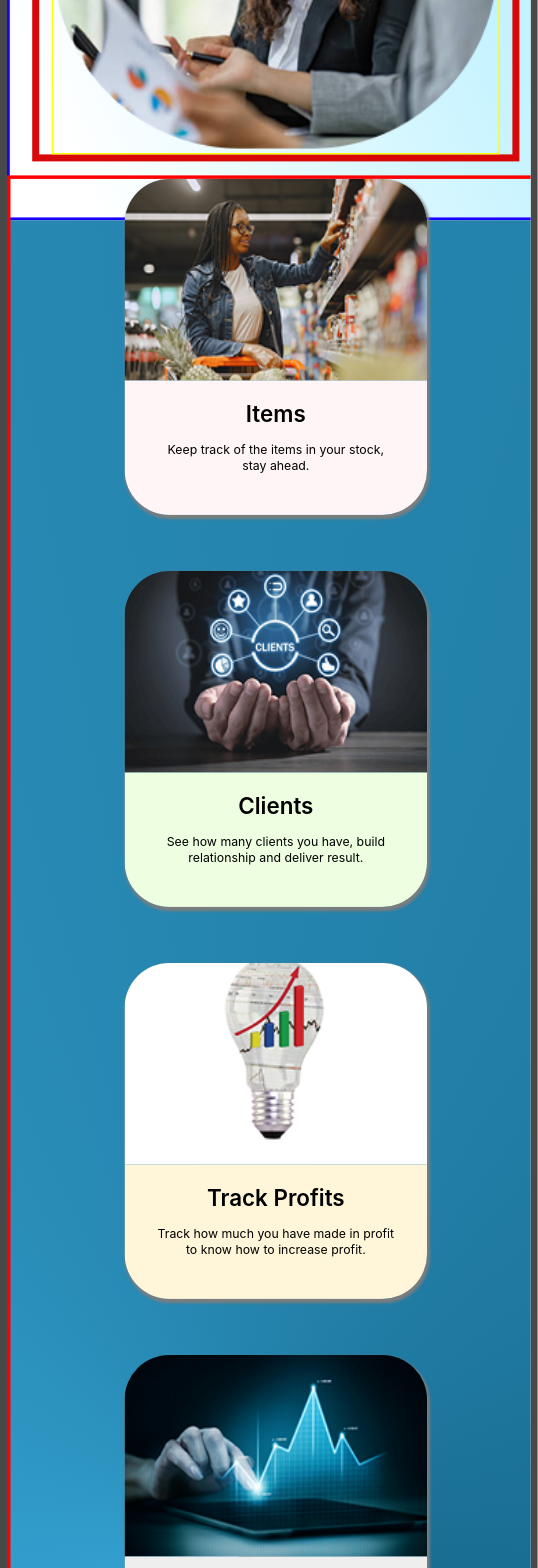
Repository: dark-txch/Bizpadi
Page: /
An editor plug-in stored every save of this project. The page is shown before and after a run of saves, followed by the edit.
The browser window is 768 px wide. The pictures show the part of the page from y = 932 to 3172 px (the page is 3586 px tall), at 70% of full size.
The project was rebuilt for these pictures with package versions that can differ from the ones it lists, and the page was loaded fresh each time. Also part of the build but not shown: vite.config.js, src/components/ErrorBoundary.jsx, src/components/LandingPage/PricingPage/Pricing.jsx, src/components/LandingPage/LogInPage/LogIn.jsx.

Above is the page before, as saved 2025-04-09 20:14:31.

### index.html
<!DOCTYPE html>
<html lang="en">
	<head>
		<meta charset="UTF-8" />
		<link rel="icon" type="image/svg+xml" href="/public/logo.svg" />
		<meta name="viewport" content="width=device-width, initial-scale=1.0" />
		<title>Bizpadi</title>
	</head>
	<body>
		<div id="root"></div>
		<script type="module" src="/src/main.jsx"></script>
	</body>
</html>

### src/index.css
:root {
	font-family: system-ui, Avenir, Helvetica, Arial, sans-serif;
	line-height: 1.5;
	font-weight: 400;
	font-size: 16px;

	color-scheme: light dark;
	color: black;
	background-color: white;

	font-synthesis: none;
	text-rendering: optimizeLegibility;
	-webkit-font-smoothing: antialiased;
	-moz-osx-font-smoothing: grayscale;
}

* {
	box-sizing: border-box;
	padding: 0;
	margin: 0;
	outline: none;
	border: none;
}

body {
	height: 100vh;
	width: 100vw;

	font-family: "inter", sans-serif;
}

a {
	text-decoration: none;
}

@font-face {
	font-family: "MyCustomFont";
	src: url("/fonts/Inter/Inter-Italic-VariableFont_opsz,wght.ttf")
			format("truetype"),
		url("/fonts/Inter/Inter-VariableFont_opsz,wght.ttf") format("truetype");
	font-weight: normal;
	font-style: normal;
}

### src/App.jsx
import "./components/LandingPage/LandingPage.css";
import { BrowserRouter as Router, Routes, Route } from "react-router-dom";
import ErrorBoundary from "./components/ErrorBoundary";
// Upper imports are very important
import Nav from "./components/LandingPage/Nav";
import PricingPage from "./components/LandingPage/PricingPage/Pricing";
import LogInPage from "./components/LandingPage/LogInPage/LogIn";
import MidSection from "./components/LandingPage/MidSection";
import Footer from "./components/LandingPage/Footer";

function LandingPage() {
	return (
		<>
			<div className="landingPageContainer">
				<Nav />
				<MidSection />
				<Footer />
			</div>
		</>
	);
}

function App() {
	return (
		<Router>
			<Routes>
				<Route path="/" element={<LandingPage />} />
				<Route path="/pricing" element={<PricingPage />} />
				<Route path="/login" element={<LogInPage />} />
			</Routes>
		</Router>
	);
}

export default App;

### src/components/LandingPage/LandingPage.css
/* DESKTOP WORKFLOW ------------------------------------------------- */
/* ------------------------------------------------------------------------------- */
/* THIS IS THE LANDING PAGE CONTAINER */
.landingPageContainer {
	width: 100vw;
	min-height: 100vh;
	overflow: hidden;
	font-family: "Inter", sans-serif;
	display: grid;
	grid-template-rows: 3.5rem 1fr 15rem;

	border: 10px solid rgb(73, 73, 73);
}
/* -------------------------------------------------------------------------------------------- */
/* MEDIA QUERY FOR MOBILE PHONES -------------------------------------- */
@media (max-width: 850px) {
	/* MAIN CONTAINER */
	.landingPageContainer {
		width: 100%;
		height: auto;
		grid-template-rows: 3.5rem 1fr;
	}
}

### src/components/LandingPage/Nav.jsx
import { Link } from "react-router-dom";
import "./Nav.css";

export default function Nav() {
	return (
		<>
			<nav className="homepage-nav">
				{/* LOGO CONTAINER */}
				<div className="logo">
					<img src="/assets/icons/logo.svg" alt="Bizpadi icon" />
				</div>

				{/* PRICING AND CONTACT US CONTAINER */}
				<div className="pricingContact">
					<Link to="/pricing">Pricing</Link>
					<a href="#">Contact Us</a>
				</div>

				{/* LOGIN AND GET STARTED CONTAINER*/}
				<div className="loginGetStarted">
					<img src="/assets/icons/world.png" alt="world" />
					<Link to="/login">Login</Link>
					<a href="#">Get Started</a>
				</div>
			</nav>
		</>
	);
}

### src/components/LandingPage/MidSection.jsx
import "./MidSection.css";

export default function MidSection() {
	return (
		// PARENT CONTAINER
		<div className="midSection">
			{/* SECTION HOUSING THE HEADING AND PARAGRAPH */}
			<section className="sectionMotto">
				<div className="headingParagraph">
					<h1>
						Your financial <span>clarity</span> is a top <span>priority</span>.
					</h1>
					<p>“Streamlining your finances, simplifying your success”</p>
				</div>
			</section>

			{/* This is the images section in the mid section */}
			<section className="sectionImagesParent">
				<div className="ImageChildrenWrapper">
					<img src="/assets/images/smiley.png" alt="smiley" />
					<img src="/assets/images/Vector-black.png" alt="vector-black" />
					<img src="/assets/images/Vector-blue.png" alt="vector-blue" />
					<img src="/assets/images/Vector-orange.png" alt="vector-orange" />
					<img src="/assets/images/Vector.png" alt="vector" />
				</div>
			</section>
		</div>
	);
}

### src/components/LandingPage/Footer.jsx
import "./Footer.css";

export default function Footer() {
	return (
		<div className="footer">
			{/* The section container is the parent to the features */}
			<section className="footerFeaturesParent">
				{/* 2TH CONTAINER */}
				<div className="singleFeatureContainer ">
					<div className="featureImageContainer">
						<img src="/public/assets/images/client-1.png" alt="client-1" />
					</div>
					<div className="items">
						<h1>Items</h1>
						<p>Keep track of the items in your stock, stay ahead.</p>
					</div>
				</div>

				{/* 2TH CONTAINER */}
				<div className="singleFeatureContainer ">
					<div className="featureImageContainer">
						<img src="/public/assets/images/client-2.png" alt="client-2" />
					</div>
					<div className="clients">
						<h1>Clients</h1>
						<p>
							See how many clients you have, build relationship and deliver
							result.
						</p>
					</div>
				</div>

				{/* 3TH CONTAINER */}
				<div className="singleFeatureContainer ">
					<div className="featureImageContainer">
						<img
							src="/public/assets/images/track-profit.png"
							alt="track-profit"
						/>
					</div>
					<div className="trackProfits">
						<h1>Track Profits</h1>
						<p>
							Track how much you have made in profit to know how to increase
							profit.
						</p>
					</div>
				</div>

				{/* 4TH CONTAINER */}
				<div className="singleFeatureContainer">
					<div className="featureImageContainer">
						<img
							src="/public/assets/images/track-sales.png"
							alt="track-sales"
						/>
					</div>
					<div className=" trackSales">
						<h1>Track Sales</h1>
						<p>Track how much sales you have made.</p>
					</div>
				</div>
			</section>
		</div>
	);
}

### src/components/LandingPage/Nav.css
/* ------------------------------------------------------------------------------------ */
/*  THIS IS THE NAV COMPONENT CSS -----------------------------------------*/
.homepage-nav {
	/* height: 3.5rem; */
	display: flex;
	padding: 0 3rem 0;
	font-size: 1.3rem;
	align-items: center;
	justify-content: space-between;
	border-bottom: 2px solid #e1dfdf;
}

/*  NAV CONTAINER CHILDREN */
.homepage-nav .logo {
	/* LOGO CONTAINER */
	display: flex;
	flex: 1;
	align-self: center;
	height: inherit;
}

.homepage-nav .logo img {
	/*  LOGO IMG */
	height: 100%;
	width: auto;
}

.homepage-nav .pricingContact {
	/* PRICING AND CONTACT US CONTAINER */
	display: flex;
	flex: 3;
	justify-content: center;
	gap: 3rem;
	font-weight: 500;
	line-height: 100%;
	letter-spacing: 0%;
}

.homepage-nav .pricingContact a {
	color: black;
	cursor: pointer;
}

.homepage-nav .pricingContact a:hover {
	color: #09adda;
}

.homepage-nav .loginGetStarted {
	/* LOGIN AND GET STARTED CONTAINER*/
	height: 3rem;
	display: flex;
	flex: 1;
	justify-content: end;
	align-items: center;
	gap: 0.7rem;
	color: white;
	border-radius: 12px;
}

.homepage-nav .loginGetStarted img {
	/* LOGIN AND GET STARTED IMAGE */
	height: 1.5rem;
	transform: translate(1rem, 0);
}

.homepage-nav .loginGetStarted a:nth-of-type(1) {
	/* LOGIN BUTTON */
	background-color: #09adda;
	color: inherit;
	height: inherit;
	border-radius: inherit;
	display: flex;
	align-items: center;
	padding: 0 2rem 0 0.7rem;
	transform: translate(2rem, 0);
}

.homepage-nav .loginGetStarted a:nth-of-type(1):hover {
	background-color: #30d2ff;
	color: rgb(0, 0, 0);
}

.homepage-nav .loginGetStarted a:nth-of-type(2) {
	/* THIS IS THE GET STARTED BUTTON*/
	background-color: #00517a;
	display: flex;
	align-items: center;
	white-space: nowrap;
	color: inherit;
	height: inherit;
	border-radius: inherit;
	padding: 0 0.7rem;
	position: relative;
	z-index: 2;
}

.homepage-nav .loginGetStarted a:nth-of-type(2):hover {
	background-color: #012435;
}

/* -------------------------------------------------------------------------------------------- */
/* MEDIA QUERY */
/* -------------------------------------------------------------------------------------------- */
@media (max-width: 850px) {
	.homepage-nav {
		padding: 0 1.5rem 0 0;
	}

	.homepage-nav .pricingContact {
		gap: 1.8rem;
	}
}
/* -------------------------------------------------------------------------------------------- */
/* THE END */
/* -------------------------------------------------------------------------------------------- */

### src/components/LandingPage/MidSection.css
/* -------------------------------------------------------------------------------------------------- */
/* MIDSECTION -------------------------------------------------------------------------------*/
/* HOUSES THE HEADER AND PARAGRAPH */
.midSection {
	display: flex;
	/* flex-grow: 1; */
	width: 100%;
	background: linear-gradient(246.72deg, #c4f3ff 34.96%, #ffffff 90.24%);
}

/* CONTAINER FOR THE HEADING AND PARAGRAPH */
.sectionMotto {
	width: 55%;
	height: 100%;
	min-width: 50%;
	padding: 6rem 2rem 2rem 7rem;
}

.headingParagraph {
	width: 100%;
	height: 100%;
}

.headingParagraph > h1 {
	font-size: clamp(0.8rem, 5vw, 3.6rem);
	font-weight: 800;
	line-height: 130%;
	text-transform: capitalize;
	margin-bottom: 2rem;
}

.headingParagraph > h1 span {
	color: #065d76;
}

.headingParagraph > p {
	font-weight: 600;
	font-size: clamp(0.8rem, 5vw, 1.1rem);
	line-height: 100%;
	letter-spacing: 0%;
	color: #575757;
}

/*PARENT CONTAINER FOR THE MIDSECTION IMAGES*/
.sectionImagesParent {
	height: 100%;
	width: 45%;

	display: flex;
	justify-content: center;
	align-items: center;
}

/* THIS CONTAINER HOUSES ALL THE IMAGES */
.ImageChildrenWrapper {
	width: 28rem;
	height: auto;
	/* width: 100%; */
	position: relative;
	place-self: center;
}

.ImageChildrenWrapper > img:nth-of-type(1) {
	/* SMILEY IMAGE */
	position: relative;
	border-radius: 9.4rem;
	width: 100%;
	height: auto;
	z-index: 999;
}

.ImageChildrenWrapper > img:nth-of-type(2) {
	/* BLACK VECTOR */
	position: absolute;
	width: 16rem;
	height: 16rem;
	top: 3.5rem;
	right: 2rem;
	transform: translate(1rem, 6rem) rotate(10deg);
}

.ImageChildrenWrapper > img:nth-of-type(3) {
	/* EGG LIGHT BLUE VECTOR */
	position: absolute;
	width: 14rem;
	height: 13rem;
	top: -3.3rem;
	right: 9rem;
	transform: translate(-3rem, 2rem);
}

.ImageChildrenWrapper > img:nth-of-type(4) {
	/*ORANGE VECTOR*/
	position: absolute;
	width: 12rem;
	height: 14rem;
	top: 1rem;
	right: 8.3rem;
	transform: translate(-9rem, 8rem) rotate(-15deg);
}

.ImageChildrenWrapper > img:nth-of-type(5) {
	/* BLUE VECTOR TOP RIGHT*/
	position: absolute;
	width: 16rem;
	height: 16rem;
	top: -5rem;
	right: 0;
	transform: translate(4em, 3rem) rotate(2deg);
}

/* -------------------------------------------------------------------------------------------- */
/* MEDIA QUERY */
/* -------------------------------------------------------------------------------------------- */
@media (max-width: 850px) {
	/* HOUSES THE HEADER AND PARAGRAPH */
	.midSection {
		width: 100vw;
		flex-direction: column;
		padding: 0 2rem 0;

		border: 4px solid rgb(25, 0, 255);
	}

	/* CONTAINER FOR THE HEADING AND PARAGRAPH */
	.sectionMotto {
		width: 100%;
		min-height: 30rem;
		display: flex;
		justify-content: center;
		align-items: center;
		text-align: center;
		padding: 8rem 0;
		margin-bottom: 3rem;

		border: 2px solid rgb(33, 34, 33);
	}

	.headingParagraph > h1 {
		font-size: 4rem;
	}

	.headingParagraph > p {
		font-size: 1.3rem;
	}

	/*PARENT CONTAINER FOR THE MIDSECTION IMAGES*/
	.sectionImagesParent {
		width: 100%;
		display: flex;
		justify-content: center;
		margin-bottom: 5rem;

		border: 10px solid rgb(216, 8, 8);
	}

	.ImageChildrenWrapper {
		border: 2px solid yellow;

		width: 40rem;
	}
}
/* -------------------------------------------------------------------------------------------- */
/* THE END */
/* -------------------------------------------------------------------------------------------- */

### src/components/LandingPage/Footer.css
/* -------------------------------------------------------------------------------------------- */
/* FOOTER */
/* -------------------------------------------------------------------------------------------- */
.footer {
	width: 100%;
	height: 100%;
	display: flex;
	justify-content: center;
	padding: 2rem;
	background: conic-gradient(
		from 164.13deg at 41.58% 79.97%,
		#115e80 0deg,
		#3db3e6 3.6deg,
		#115e80 360deg
	);
}

/* FEATURE PARENT CONTAINER*/
.footerFeaturesParent {
	width: 100%;
	height: 20rem;
	display: flex;
	justify-content: center;
	align-items: center;
	gap: 1.5rem;
	flex-wrap: nowrap;
	z-index: 999;

	top: 0;
	left: 0;
	transform: translate(0, -9rem);

	border: 5px solid red;
}

/* CONTAINER FOR THE FEATURES */
.singleFeatureContainer {
	width: 14rem;
	height: 19rem;
	display: flex;
	flex-direction: column;
	border-radius: 0.8rem;
	text-align: center;
	letter-spacing: 0%;
	box-shadow: 2px 4px 4px 2px #7d7d7d;
	overflow: hidden;
}

/* CONTAINER FOR THE IMAGES */
.featureImageContainer {
	height: 9rem;
	flex: 0 0 auto;
}
.featureImageContainer img {
	width: 100%;
	height: 100%;
}

.items,
.clients,
.trackProfits,
.trackSales {
	flex: 1 1 auto;
}

.singleFeatureContainer h1 {
	font-weight: 600;
	font-size: clamp(0.8rem, 5vw, 1.2rem);
	line-height: 100%;
	margin-top: 0.5rem;
}

.singleFeatureContainer p {
	font-weight: 400;
	font-size: clamp(0.8rem, 5vw, 1rem);
	line-height: 130%;
	padding: 0 10px 0;
	margin-top: 0.5rem;
}

/* SEPERATE COLOURS FOR EACH CONTAINER */
.items {
	background-color: #fff5f6;
}
.clients {
	background-color: #eeffe1;
}
.trackProfits {
	background-color: #fff6da;
}
.trackSales {
	background-color: #eeeeee;
}
/* -------------------------------------------------------------------------------------------- */
/* MEDIA QUERY */
/* -------------------------------------------------------------------------------------------- */
@media (max-width: 850px) {
	.footer {
		height: auto;
		padding: 5rem 0;
	}

	/* FEATURE PARENT CONTAINER*/
	.footerFeaturesParent {
		height: auto;
		flex-direction: column;
		gap: 5rem;
	}

	/* CONTAINER FOR THE FEATURES */
	.singleFeatureContainer {
		width: 27rem;
		height: 30rem;
		border-radius: 4rem;
	}

	.featureImageContainer {
		height: 18rem;
	}

	.items,
	.clients,
	.trackProfits,
	.trackSales {
		flex: 1 1 auto;
		padding: 0 2rem;
	}

	.singleFeatureContainer h1 {
		font-size: clamp(0.8rem, 5vw, 2rem);
		padding: 1.5rem 0 1rem;
	}

	.singleFeatureContainer p {
		font-size: clamp(0.8rem, 5vw, 1.1rem);
	}
	/* -------------------------------------------------------------------------------------------- */
	/* THE END */
	/* -------------------------------------------------------------------------------------------- */
}

Loaded but not shown: src/main.jsx (common file)

After the next 2 saves:
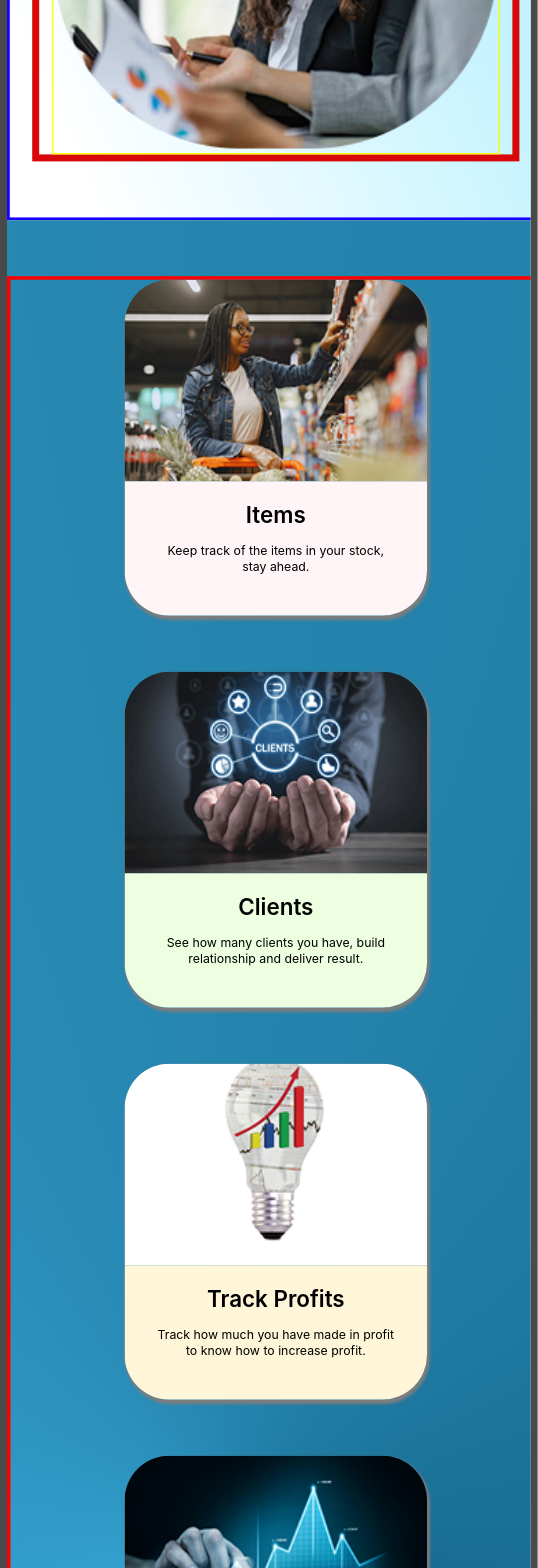
The 2 saves are shown as one change because they came seconds apart.
The last was saved 2 min 48 s later.
--- a/src/components/LandingPage/Footer.css
+++ b/src/components/LandingPage/Footer.css
@@ -105,6 +105,9 @@
 		height: auto;
 		flex-direction: column;
 		gap: 5rem;
+		top: auto;
+		left: auto;
+		transform: none;
 	}
 
 	/* CONTAINER FOR THE FEATURES */
